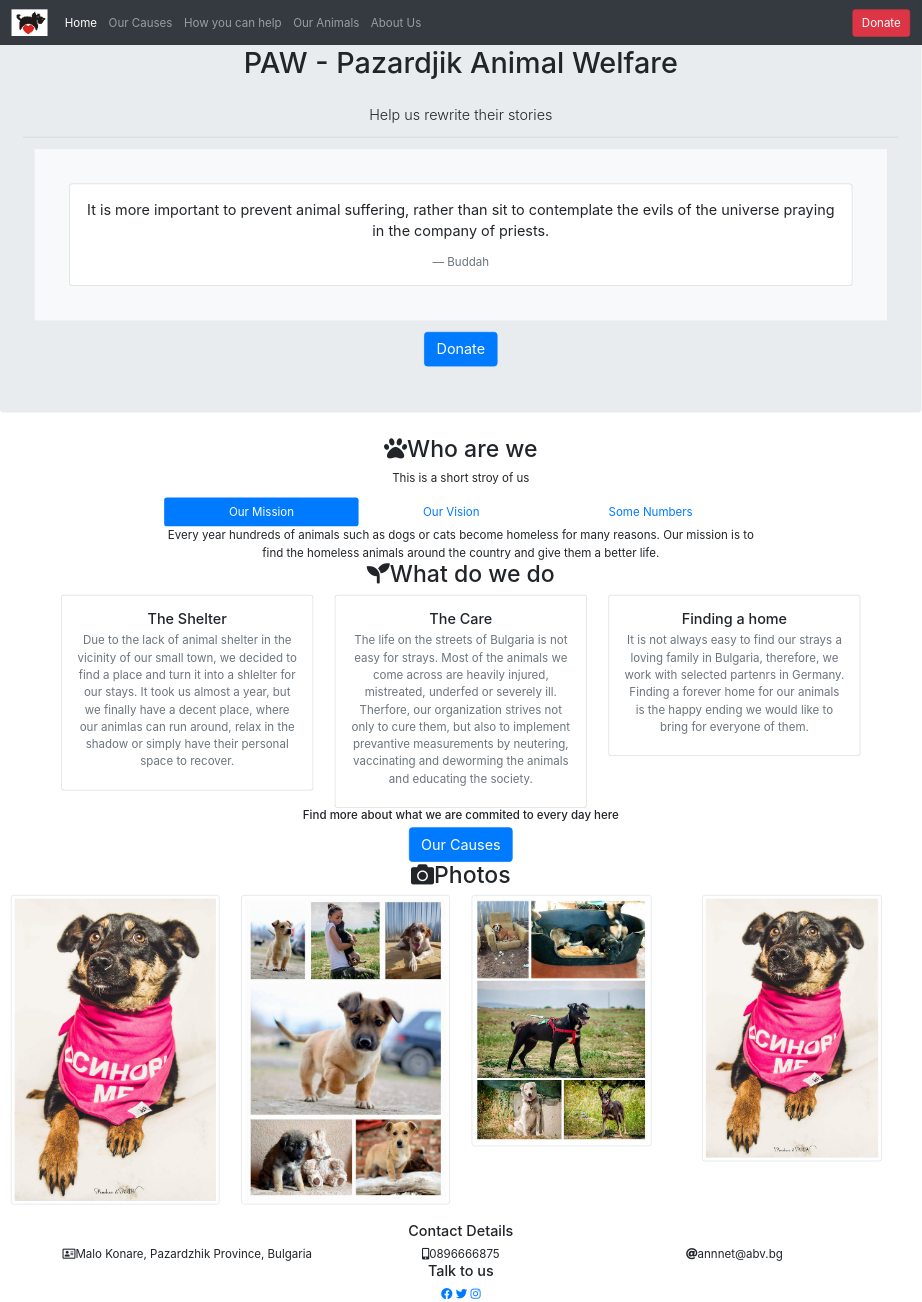
Repository: Naity17/PAW-first-website
Page: index.html
The author's editor kept a record of every edit. The page is drawn from the files as they stood at one moment, then again after the next edit.
The browser window is 1280 px wide. The pictures show the whole page, at 72% of full size.
Some web libraries are served in a nearby version.

Above is the page before.
Console error: TypeError: Cannot read properties of undefined (reading 'fn')

After the next edit:
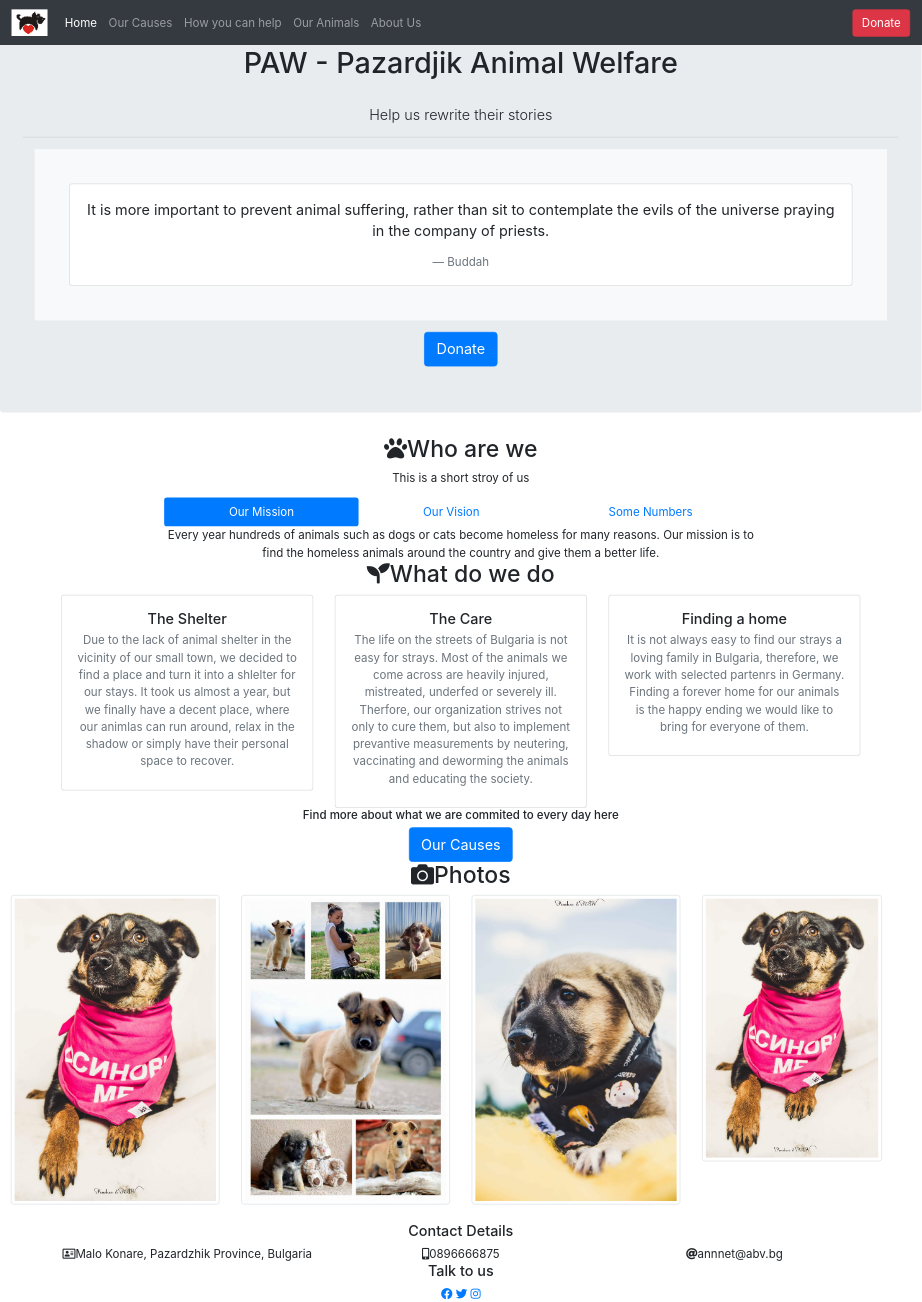
The edit:
--- a/index.html
+++ b/index.html
@@ -220,7 +220,7 @@
                         <!-- Modal: Image 3 -->
                         <div class="col-6 col-md-3">
                             <a class="d-block mb-4 h-100">
-                            <img class="img-fluid img-hover img-thumbnail" src="assets/images/general/carousel-3.jpg" data-toggle="modal" data-target="#Image3" alt="...">
+                            <img class="img-fluid img-hover img-thumbnail" src="assets/images/general/about-us-3.jpg" data-toggle="modal" data-target="#Image3" alt="beige puppy with a scarf">
                         </a>
                             <!-- Modal Content -->
                             <div class="modal fade" id="Image3" tabindex="-1" role="dialog" aria-hidden="true">
